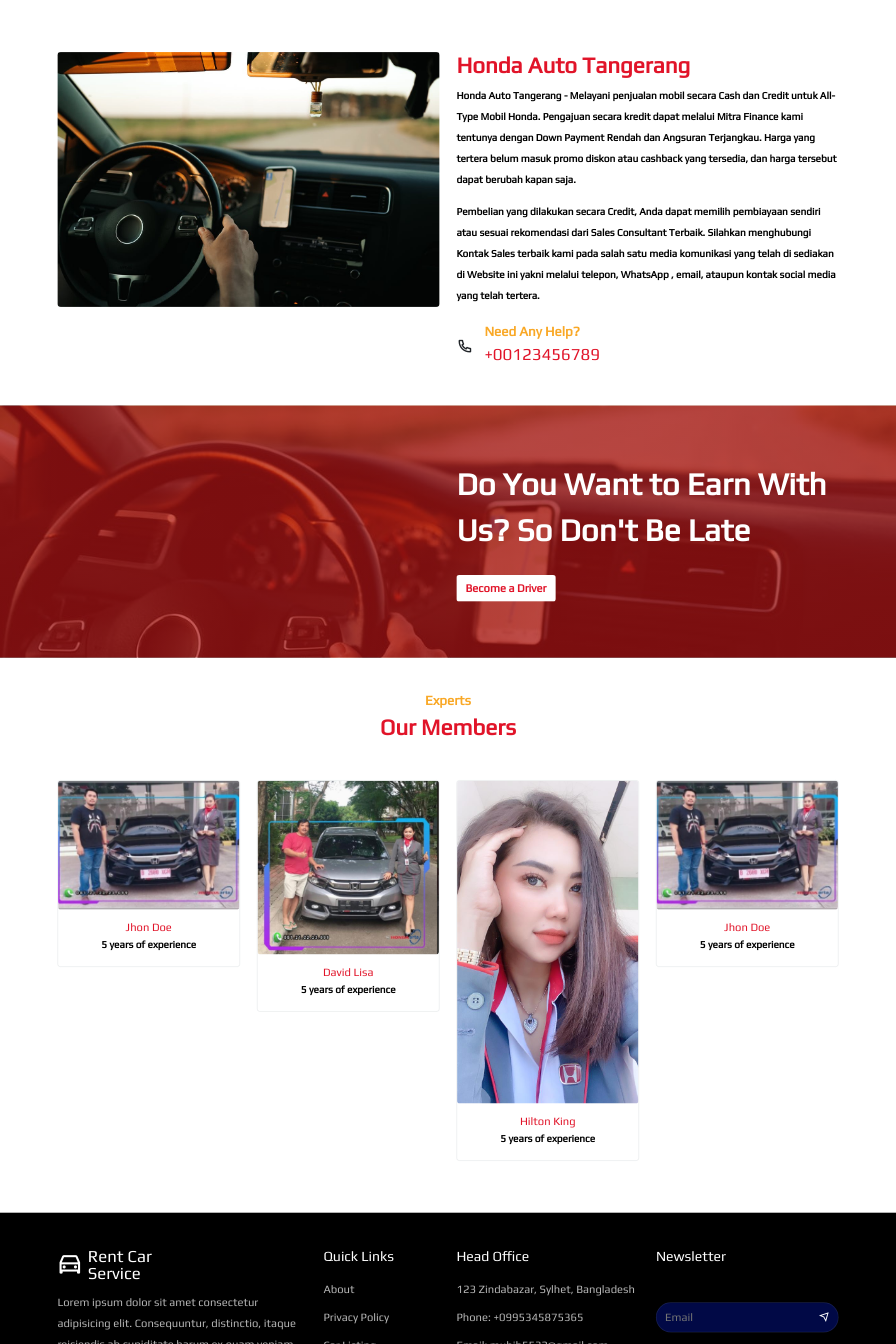
Repository: stevenxylver/Honda
Page: /about
The author's editor kept a copy of each file at every save. The page is drawn from the files as they stood at one save, then again after the next save.
The browser window is 1280 px wide. The pictures show the part of the page from y = 789 to 2709 px (the page is 2916 px tall before and 2870 px after), at 70% of full size.
Pictures or frames that could not be fetched are drawn as grey boxes. The project was rebuilt for these pictures with package versions that can differ from the ones it lists, and the page was loaded fresh each time. Also part of the build but not shown: src/styles/hero-slider.css, src/components/UI/HeroSlider.jsx, src/components/UI/FindCarForm.jsx, src/styles/services-list.css, src/assets/data/serviceData.js, src/components/UI/ServicesList.jsx, src/components/UI/Example.jsx, src/assets/data/carData.js and 20 more.

Above is the page before, as saved 2022-11-20 11:17:26.

### src/index.css
/* ======== google fonts ======== */
@import url("https://fonts.googleapis.com/css2?family=Source+Sans+Pro:wght@200;300;400;600;700;900&display=swap");
@import url('https://fonts.googleapis.com/css2?family=Play&display=swap');
/* ======= base style ====== */
* {
  margin: 0;
  padding: 0;
  box-sizing: border-box;
  /* font-family: "Source Sans Pro", sans-serif; */
  font-family: 'Play', sans-serif;

}

/* ========= pre-define css ========= */
h1,
h2,
h3,
h4,
h5,
h6 {
  color: #E11429;
  font-weight: 600;
  margin-bottom: 0;
}

h3,
h4 {
  font-size: 1.6rem;
}

h5,
h6 {
  font-size: 1.2rem;
}

a {
  text-decoration: none;
  color: unset;
}

a:hover {
  color: unset;
}

ul {
  margin: 0;
  list-style: none;
}

.section__title {
  color: #E11429;
  font-weight: 600;
  font-size: 2rem;
}

.section__subtitle {
  color: #f9a826;
  font-weight: 600;
  font-size: 1.2rem;
}

.section__description {
  color: #000;
  font-size: 0.9rem;
  line-height: 30px;
  font-weight: 600;
}

section {
  padding: 50px 0px;
}

.btn {
  padding: 7px 15px;
  background: #E11429;
  color: #fff;
  border: none;
  outline: none;
  border-radius: 5px;
  transition: 0.3s;
}

.btn:hover {
  color: #fff !important;
  background: #E11429;
}

@media only screen and (max-width: 768px) {
  section {
    padding: 30px 0px;
  }

  .section__title {
    font-size: 1.6rem;
  }

  .section__subtitle {
    font-size: 1.1rem;
  }
}

### src/styles/header.css
.header__top {
  padding: 10px 0px;
  background: #E11429;
  color: #fff;
}


.honda
{
width: 57px;
height: 57px;
}

.header__top__left {
  display: flex;
  align-items: center;
  column-gap: 1rem;
}

.header__top__left span {
  font-size: 0.9rem;
}

.header__top__help {
  display: flex;
  align-items: center;
  column-gap: 0.4rem;
}

.header__top__help i {
  background: #fff;
  color: #E11429;
  padding: 2px 4px;
  border-radius: 50px;
  font-size: 0.7rem;
}

.header__top__right a {
  text-decoration: none;
  color: #fff;
  font-size: 0.9rem;
}

.header__top__right a:hover {
  color: #fff;
}

/* ============ header middle style =========== */

.header__middle {
  padding: 20px 0px;
}

.logo h1 a span {
  font-size: 1.5rem;
}

.logo h1 a i {
  font-size: 2.2rem;
}

.logo h1 a {
  text-decoration: none;
  color: #E11429;
  font-weight: 900;
}

.logo h1 {
  line-height: 1.5rem;
}

.header__location span i {
  font-size: 2.2rem;
  color: #000000;
}

.header__location-content h4 {
  font-size: 1.2rem;
  font-weight: 700;
  color: #E11429;
}

.header__location-content h6 {
  font-weight: 600;
  color: #000000;
}

.header__btn {
  background: #E11429 !important;
  padding: 10px 20px;
  border: none;
  outline: none;
  border-radius: 5px;
}

.header__btn a {
  display: flex;
  align-items: center;
  column-gap: 0.4rem;
  text-decoration: none;
  color: #fff;
  justify-content: end;
  font-size: 0.9rem;
  font-weight: 1000;
}


.header__btn a:hover {
  color: #fff;
}

/* ================ main navbar styles =========== */

.main__navbar {
  padding: 15px 0px;
  background: #000000;
}

.mobile__menu i {
  color: #fff;
  font-size: 1.3rem;
  cursor: pointer;
}

.mobile__menu {
  display: none;
}

.menu {
  display: flex;
  align-items: center;
  column-gap: 2.7rem;
}

.nav__item {
  color: #fff;
  text-decoration: none;
  transition: 0.3s;
  font-weight: 1000;
}

.nav__item:hover {
  color: #f9a826;
}



.search__box {
  border: 1px solid #7c8a972f;
  padding: 7px 12px;
  display: flex;
  align-items: center;
  border-radius: 50px;
  background: #020a4de9;
}

.search__box {
  border: 1px solid #7c8a972f;
  padding: 7px 12px;
  display: flex;
  align-items: center;
  border-radius: 50px;
  background: #fff;
  font-weight: 1000;
}

.search__box input {
  background: transparent;
  border: none;
  outline: none;
  color: #fff;
  cursor: pointer;
}

.search__box input::placeholder {
  font-size: 0.8rem;
  font-weight:800;
}
.search__box span i {
  color: #000000;
  cursor: pointer;
}

.nav__active {
  color: #f9a826;
}

@media only screen and (max-width: 768px) {
  .header__top,
  .header__middle,
  .nav__right {
    display: none;
  }

  .mobile__menu {
    display: block;
  }

  .navigation {
    background: rgb(0, 13, 107, 0.6);
    width: 100%;
    height: 100%;
    position: fixed;
    top: 0;
    left: 0;
    z-index: 9999;
    display: none;
  }

  .menu {
    width: 250px;
    height: 100%;
    background: #fff;
    display: flex;
    align-items: center;
    flex-direction: column;
    row-gap: 2rem;
    justify-content: center;
  }

  .menu a {
    color: #E11429;
    font-weight: 600;
    font-size: 0.9rem;
  }

  .menu__active {
    display: block;
  }


}

### src/styles/footer.css
.footer {
  background: #000000;
  padding-top: 50px;
  padding-bottom: 15px;
}

.footer__logo i {
  color: #fff;
  font-weight: 400;
}

.footer__logo span {
  color: #fff;
  font-weight: 500;
}

.footer__logo-content {
  color: rgba(255, 255, 255, 0.715);
  margin-top: 15px;
  line-height: 30px;
}

.quick__link {
  border: none !important;
  background: transparent !important;
}

.quick__link a {
  color: rgba(255, 255, 255, 0.715);
  text-decoration: none;
  font-weight: 300;
  transition: 0.3s;
}

.quick__link a:hover {
  color: #f9a826;
}

.footer__link-title {
  color: #fff;
}

.office__info {
  color: rgba(255, 255, 255, 0.715);
  font-weight: 300;
}

.newsletter {
  display: flex;
  align-items: center;
  justify-content: space-between;
  padding: 8px 12px;
  border: 1px solid #7c8a972f;
  border-radius: 50px;
  background: #020a4de9;
}

.newsletter input {
  background: transparent;
  color: #fff;
  border: none;
  outline: none;
}

.newsletter span i {
  color: #fff;
}

.footer__bottom {
  border-top: 1px solid #7c8a972f;
}

@media only screen and (max-width: 768px) {
  .footer__logo-content {
    font-size: 0.8rem;
  }

  .quick__link,
  .office__info {
    font-size: 0.8rem;
    line-height: 1.5rem;
  }

  .footer__link-title {
    font-size: 1rem;
    margin-top: 15px;
  }

  .footer__bottom p {
    font-size: 0.7rem;
  }


}

### src/pages/About.jsx
import React from "react";

import CommonSection from "../components/UI/CommonSection";
import Helmet from "../components/Helmet/Helmet";
import AboutSection from "../components/UI/AboutSection";
import { Container, Row, Col } from "reactstrap";
import BecomeDriverSection from "../components/UI/BecomeDriverSection";

import driveImg from "../assets/all-images/drive.jpg";
import OurMembers from "../components/UI/OurMembers";
import "../styles/about.css";

const About = () => {
  return (
    <Helmet title="About">
      <CommonSection title="About Us" />
      <AboutSection aboutClass="aboutPage" />

      <section className="about__page-section">
        <Container>
          <Row>
            <Col lg="6" md="6" sm="12">
              <div className="about__page-img">
                <img src={driveImg} alt="" className="w-100 rounded-3" />
              </div>
            </Col>

            <Col lg="6" md="6" sm="12">
              <div className="about__page-content">
                <h2 className="section__title">
                  Honda Auto Tangerang
                </h2>

                <p className="section__description">
                Honda Auto Tangerang - Melayani penjualan mobil secara Cash dan Credit untuk All-Type Mobil Honda. Pengajuan secara kredit dapat melalui Mitra Finance kami tentunya dengan Down Payment Rendah dan Angsuran Terjangkau. Harga yang tertera belum masuk promo diskon atau cashback yang tersedia, dan harga tersebut dapat berubah kapan saja.
                </p>

                <p className="section__description">
                Pembelian yang dilakukan secara Credit, Anda dapat memilih pembiayaan sendiri atau sesuai rekomendasi dari Sales Consultant Terbaik. Silahkan menghubungi Kontak Sales terbaik kami pada salah satu media komunikasi yang telah di sediakan di Website ini yakni melalui telepon, WhatsApp , email, ataupun kontak social media yang telah tertera.
                </p>

                <div className=" d-flex align-items-center gap-3 mt-4">
                  <span className="fs-4">
                    <i class="ri-phone-line"></i>
                  </span>

                  <div>
                    <h6 className="section__subtitle">Need Any Help?</h6>
                    <h4>+00123456789</h4>
                  </div>
                </div>
              </div>
            </Col>
          </Row>
        </Container>
      </section>

      <BecomeDriverSection />

      <section>
        <Container>
          <Row>
            <Col lg="12" className="mb-5 text-center">
              <h6 className="section__subtitle">Experts</h6>
              <h2 className="section__title">Our Members</h2>
            </Col>
            <OurMembers />
          </Row>
        </Container>
      </section>
    </Helmet>
  );
};

export default About;

### src/components/UI/AboutSection.jsx
import React from "react";
import { Container, Row, Col } from "reactstrap";
import "../../styles/about-section.css";
import aboutImg from "../../assets/all-images/ava-3.jpg";

const AboutSection = ({ aboutClass }) => {
  return (
    <section
      className="about__section"
      style={
        aboutClass === "aboutPage"
          ? { marginTop: "0px" }
          : { marginTop: "280px" }
      }
    >
      <Container>
        <Row>
          <Col lg="6" md="6">
            <div className="about__section-content">
              <h4 className="section__subtitle">Halo</h4>
              <h2 className="section__title">Nama Saya Sarah</h2>
              <p className="section__description">
              Perkenalkan Saya Sarah, Sales Counter dari Dealer Honda Tangerang. Saat ini saya telah mengabdikan diri saya pada Honda Tangerang selama 9 Tahun. Dapat Saya pastikan Anda akan mendapatkan pelayanan terbaik dari kami baik saat transaksi maupun service after-sales. Anda dapat menghubungi saya melalui kontak yang tesedia pada website ini, untuk informasi lebih lanjut tentang pelayanan dari dealer kami.
              </p>


            </div>
          {/* </Col>
          <Col lg="3" md="6"> */}

          </Col>

          <Col md={{
        offset: 3,
        size: 3
      }}>
            <div className="about__img">
              <img src={aboutImg} alt="" className="about"/>
            </div>
          </Col>
        </Row>
      </Container>
    </section>
  );
};

export default AboutSection;

### src/components/UI/BecomeDriverSection.jsx
import React from "react";
import "../../styles/become-driver.css";
import { Container, Row, Col } from "reactstrap";

// import driverImg from "../../assets/all-images/toyota-offer-2.png";

const BecomeDriverSection = () => {
  return (
    <section className="become__driver">
      <Container>
        <Row>
          <Col lg="6" md="6" sm="12" className="become__driver-img">
          <iframe width="100%" height="130%"  src="https://www.youtube.com/embed/w7pgDpsCZ2E" frameborder="0"  title="YouTube video player" allowfullscreen="true"></iframe>
          </Col>


          <Col lg="6" md="6" sm="12">
            <h2 className="section__title become__driver-title">
              Do You Want to Earn With Us? So Don't Be Late
            </h2>

            <button className="btn become__driver-btn mt-4">
              Become a Driver
            </button>
          </Col>
        </Row>
      </Container>
    </section>
  );
};

export default BecomeDriverSection;

### src/components/UI/OurMembers.jsx
import React from "react";
import "../../styles/our-member.css";
import { Col } from "reactstrap";
import { Link } from "react-router-dom";
import ava01 from "../../assets/all-images/ava-1.jpg";
import ava02 from "../../assets/all-images/ava-2.jpg";
import ava03 from "../../assets/all-images/ava-3.jpg";

const OUR__MEMBERS = [
  {
    name: "Jhon Doe",
    experience: "5 years of experience",
    fbUrl: "#",
    instUrl: "#",
    twitUrl: "#",
    linkedinUrl: "#",
    imgUrl: ava01,
  },

  {
    name: "David Lisa",
    experience: "5 years of experience",
    fbUrl: "#",
    instUrl: "#",
    twitUrl: "#",
    linkedinUrl: "#",
    imgUrl: ava02,
  },

  {
    name: "Hilton King",
    experience: "5 years of experience",
    fbUrl: "#",
    instUrl: "#",
    twitUrl: "#",
    linkedinUrl: "#",
    imgUrl: ava03,
  },

  {
    name: "Jhon Doe",
    experience: "5 years of experience",
    fbUrl: "#",
    instUrl: "#",
    twitUrl: "#",
    linkedinUrl: "#",
    imgUrl: ava01,
  },
];

const OurMembers = () => {
  return (
    <>
      {OUR__MEMBERS.map((item, index) => (
        <Col lg="3" md="3" sm="4" xs="6" key={index} className="mb-4">
          <div className="single__member">
            <div className="single__member-img">
              <img src={item.imgUrl} alt="" className="w-100" />

              <div className="single__member-social">
                <Link to={item.fbUrl}>
                  <i class="ri-facebook-line"></i>
                </Link>
                <Link to={item.twitUrl}>
                  <i class="ri-twitter-line"></i>
                </Link>

                <Link to={item.linkedinUrl}>
                  <i class="ri-linkedin-line"></i>
                </Link>

                <Link to={item.instUrl}>
                  <i class="ri-instagram-line"></i>
                </Link>
              </div>
            </div>

            <h6 className="text-center mb-0 mt-3">{item.name}</h6>
            <p className="section__description text-center">
              {item.experience}
            </p>
          </div>
        </Col>
      ))}
    </>
  );
};

export default OurMembers;

### src/styles/find-car-form.css
.find__cars-left {
  /* background: linear-gradient(rgb(0, 0, 0, 0.8), rgb(0, 0,20, 0.8)),
    url("../assets/all-images/toyota-offer-2.png");
  background-position: center;
  background-repeat: no-repeat;
  background-size: cover; */
  padding: 65px 35px;
  background-color: #E11429;
  /* background: linear-gradient(rgb(225, 20, 41, 0.8), rgb(174, 18,20, 0.8)), */
}

.find__cars-left h2 {
  font-weight: 600;
  font-size: 0.875rem;
  color: #fff;
  text-align: center;
  background-color: #E11429;
}


.steer{
  height: 40px;
  width: 40px;
  align-items: center;
  color: #E11429;
}

.find__cars-left h1 {
  /* font-weight: 600; */
  font-size: 0.75rem;
  color: #fff;
  text-align: center;
  background-color: #E11429;
}

.form__group {
  width: 30%;
  margin-bottom: 0;
}

.form__group input {
  border: 1px solid #7c8a972a;
  padding: 8px 12px;

  width: 100%;
  outline: none;
}
.form__group input::placeholder {
  color: #7c8a97;
}

.section__subtitle{
  color: #000;
}

.ava1
{
  height: 285px;
  width: 500px;
  border-radius: 5px;
}

.section__subtitle{
color: #f9a826;
}
.rent__price{
  color: #000;
}

.form {
  background: #fff;
  padding-top: 55px;
  padding-bottom: 50px;
  padding-left: 15px;
  padding-right: 15px;
}

.select__group {
  width: 30%;
}

.select__group select {
  width: 100%;
  padding: 10px 15px;
  border: 1px solid #7c8a972a;
  outline: none;
  color: #7c8a97;
}

.hero__slider-section {
  position: relative;
  z-index: 10;
  margin-bottom: 200px;
}

.hero__form {
  position: absolute;
  bottom: -150px;
  z-index: 11;
  width: 100%;
}

.form__row {
  background: #E11429;
  box-shadow: 5px 5px 15px -5px #7c8a97;
  border-radius: 15px;

}

.journey__time::before {
  content: "Journey time";
  margin-right: 0.8rem;
  color: #7c8a97;
}

.find__car-btn {
  background: #E11429 !important;
  color: #fff !important;
  padding: 8px 15px;
  width: 100%;
  border: none;
  outline: none;
}

@media only screen and (max-width: 992px) {
  .find__cars-left {
    padding: 65px 22px;
  }

  .find__cars-left h2 {
    font-size: 1.5rem;
  }

  .form {
    padding: 30px 10px;
  }

  .form__group input,
  .select__group select {
    padding: 7px 10px;
    font-size: 0.8rem;
  }

  .hero__form {
    bottom: -100px;
  }
}

@media only screen and (max-width: 768px) {
  .find__cars-left {
    padding-top: 20px;
    padding-bottom: 0;
    background: #E11429;
    text-align: center;
  }

  .form {
    padding: 20px 10px;
  }
}

@media only screen and (max-width: 576px) {
  .form__group {
    width: 100%;
    margin: auto;
    margin-bottom: 15px;
  }

  .form__group input {
    font-size: 0.7rem !important;
  }

  .select__group {
    width: 100%;
    padding-right: 10px;
    font-size: 0.7rem;
  }

  .find__car-btn {
    font-size: 0.8rem;
  }

  .find__cars-left h2 {
    font-size: 1rem;
  }

  .hero__form {
    bottom: -250px;
  }
}

### src/styles/about-section.css
.about__section-item {
  column-gap: 3rem;
}

.about{
width: 255px;
height: 255px;
border-radius: 10px;
box-shadow: 5px 5px 15px -5px #7c8a97;
}


.about__section-item p i {
  color: #f9a826;
  font-size: 1.1rem;
}

@media only screen and (max-width: 992px) {
  .about__section-content h2 {
    font-size: 1.5rem;
  }
  .about__section-item {
    column-gap: 3rem;
  }
  .about__section-item p {
    font-size: 0.6rem;
    margin-bottom: 0;
  }

  .section__description i {
    font-size: 0.8rem !important;
  }
}

@media only screen and (max-width: 768px) {
  .about__img {
    margin-top: 30px;
  }
}

@media only screen and (max-width: 576px) {
  .about__section {
    margin-top: 280px;
  }
}

### src/styles/become-driver.css
.become__driver {
  background: linear-gradient(rgb(174, 18,20, 0.7), rgb(174, 18,20, 0.7)),
    url("../assets/all-images/drive.jpg");
  background-position: center;
  background-repeat: no-repeat;
  background-size: cover;
  padding: 80px 0px;
}

.become__driver button {
  background: #fff;
  color: #E11429;
  font-weight: 600;
}

.become__driver-title {
  font-size: 2.8rem;
  color: #fff;
  line-height: 65px;
}

@media only screen and (max-width: 992px) {
  .become__driver-title {
    font-size: 1.5rem;
    line-height: 3rem;
  }
}

@media only screen and (max-width: 768px) {
  .become__driver {
    padding: 50px 0px;
  }

  .become__driver-title {
    font-size: 1.3rem;
    line-height: 2.5rem;
  }

  .become__driver-btn {
    font-size: 0.8rem !important;
  }
}

@media only screen and (max-width: 576px) {
  .become__driver-img {
    display: none;
  }
  .become__driver {
    text-align: center;
  }
}

### src/styles/common-section.css
.common__section {
  background: linear-gradient(rgb(225, 20, 41, 0.6), rgb(174, 18,20, 0.6)),
    url("../assets/all-images/drive.jpg");
  background-position: center;
  background-size: cover;
  background-repeat: no-repeat;
  padding: 80px 0px;
}

### src/styles/our-member.css
.single__member {
  border: 1px solid #7c8a972d;
  border-radius: 4px;
}

.single__member-social {
  display: flex;
  align-items: center;
  justify-content: center;
  column-gap: 0.5rem;
  position: absolute;
  top: -100%;
  left: 50%;
  width: 100%;
  height: 100%;
  background: rgb(225, 20, 41, 0.6);
  transform: translateX(-50%);
  border-radius: 4px;
  transition: 0.5s ease;
  opacity: 0;
}

.single__member-social a i {
  width: 28px;
  height: 28px;
  color: #E11429;
  display: flex;
  align-items: center;
  justify-content: center;
  background: #fff;
  border-radius: 50%;
  font-size: 0.9rem;
  font-weight: 600;
}

.single__member-social a {
  text-decoration: none;
  cursor: pointer;
}

.single__member-img {
  position: relative;
  cursor: pointer;
}

.single__member-img img {
  border-radius: 4px;
}

.single__member-img:hover .single__member-social {
  top: 0;
  opacity: 1;
}

Loaded but not shown: public/index.html (common file); src/index.js (common file); src/App.js (common file); src/components/Layout/Layout.jsx (common file); src/components/Helmet/Helmet.js (common file); src/components/UI/CommonSection.jsx (common file); src/styles/about.css (common file); src/routers/Routers.js (28 lines, source omitted); src/components/Header/Header.jsx (139 lines, source omitted); src/components/Footer/Footer.jsx (111 lines, source omitted)

After the next save:
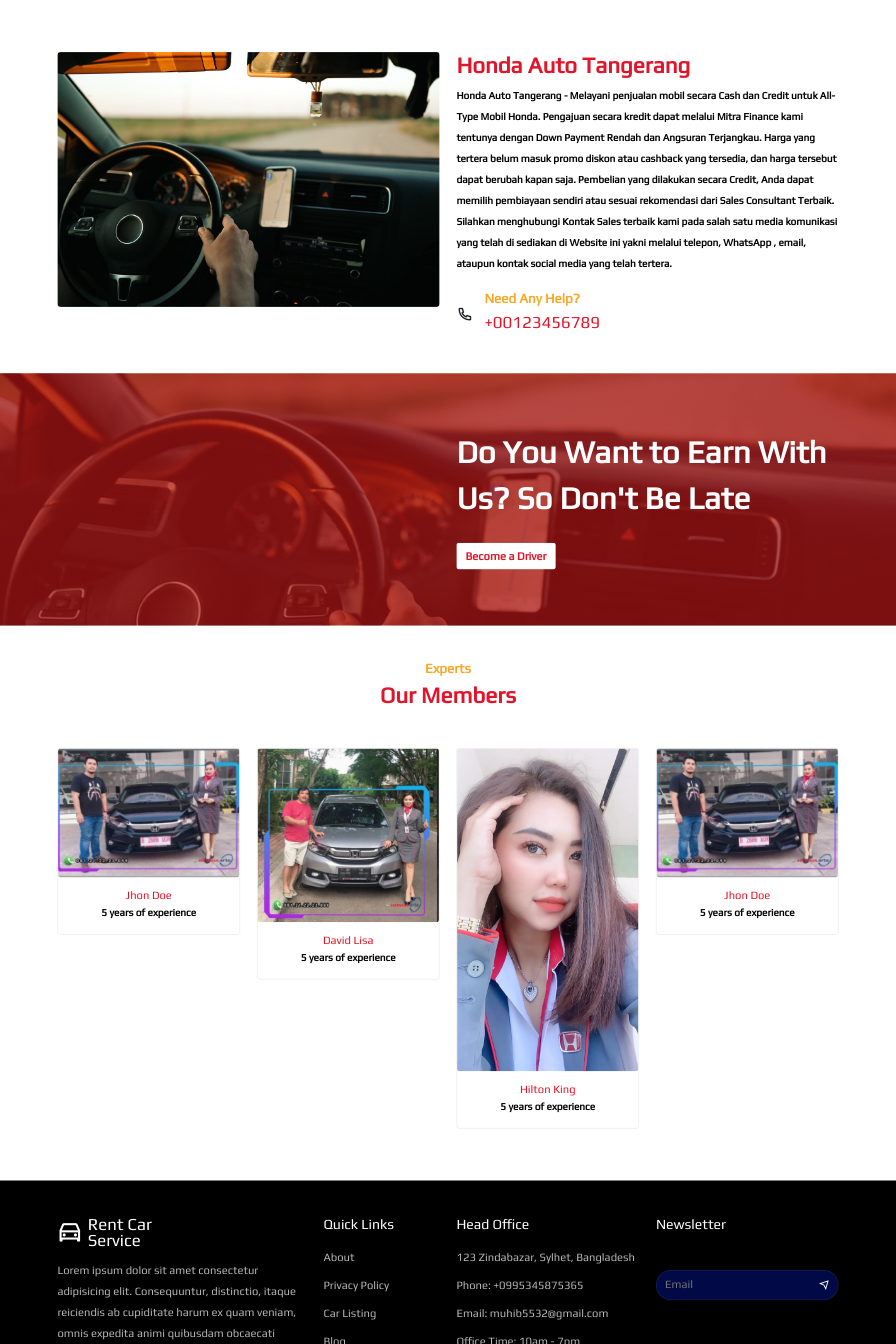
Saved 58 s later.
--- a/src/pages/About.jsx
+++ b/src/pages/About.jsx
@@ -33,9 +33,7 @@
 
                 <p className="section__description">
                 Honda Auto Tangerang - Melayani penjualan mobil secara Cash dan Credit untuk All-Type Mobil Honda. Pengajuan secara kredit dapat melalui Mitra Finance kami tentunya dengan Down Payment Rendah dan Angsuran Terjangkau. Harga yang tertera belum masuk promo diskon atau cashback yang tersedia, dan harga tersebut dapat berubah kapan saja.
-                </p>
 
-                <p className="section__description">
                 Pembelian yang dilakukan secara Credit, Anda dapat memilih pembiayaan sendiri atau sesuai rekomendasi dari Sales Consultant Terbaik. Silahkan menghubungi Kontak Sales terbaik kami pada salah satu media komunikasi yang telah di sediakan di Website ini yakni melalui telepon, WhatsApp , email, ataupun kontak social media yang telah tertera.
                 </p>
 
